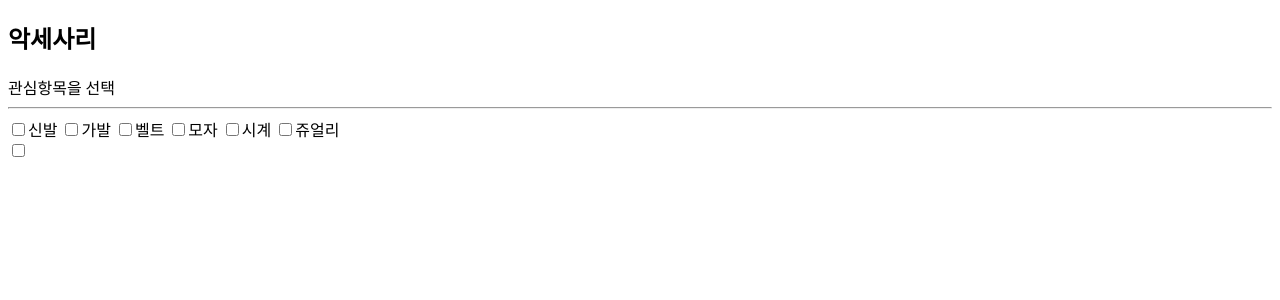
Repository: itrecipe/Web_ez
Page: http://localhost/jspCh02/09_checkbox.jsp
These files come from the project's save history. The page is drawn as it stood at one moment and after the next save; the edit follows.
The browser window is 1280 px wide. The pictures show the whole page.
The page is served by Tomcat 9.

Above is the page before, as saved 2023-03-28 02:14:26.

After the next save:
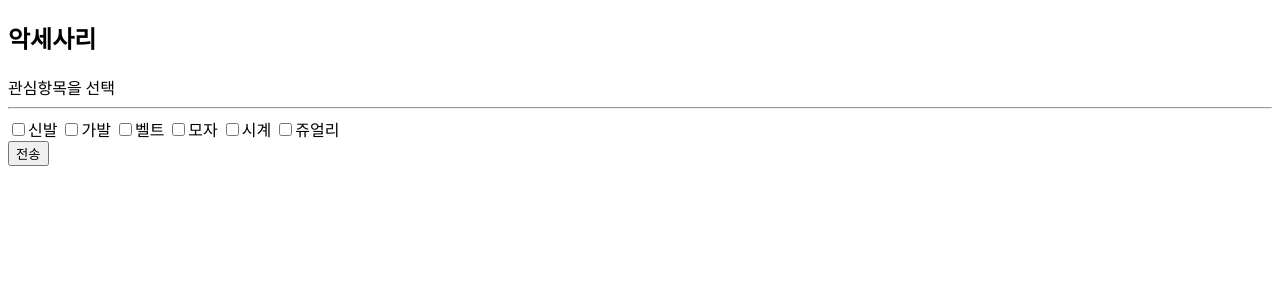
Saved 8 s later.
--- a/jspCh02/src/main/webapp/09_checkbox.jsp
+++ b/jspCh02/src/main/webapp/09_checkbox.jsp
@@ -18,7 +18,7 @@
 		<input type="checkbox" name="item" value="시계"/>시계
 		<input type="checkbox" name="item" value="쥬얼리"/>쥬얼리
 		<br/>
-		<input type="checkbox" value="전송"/>
+		<input type="submit" value="전송"/>
 
 	</form>
 
